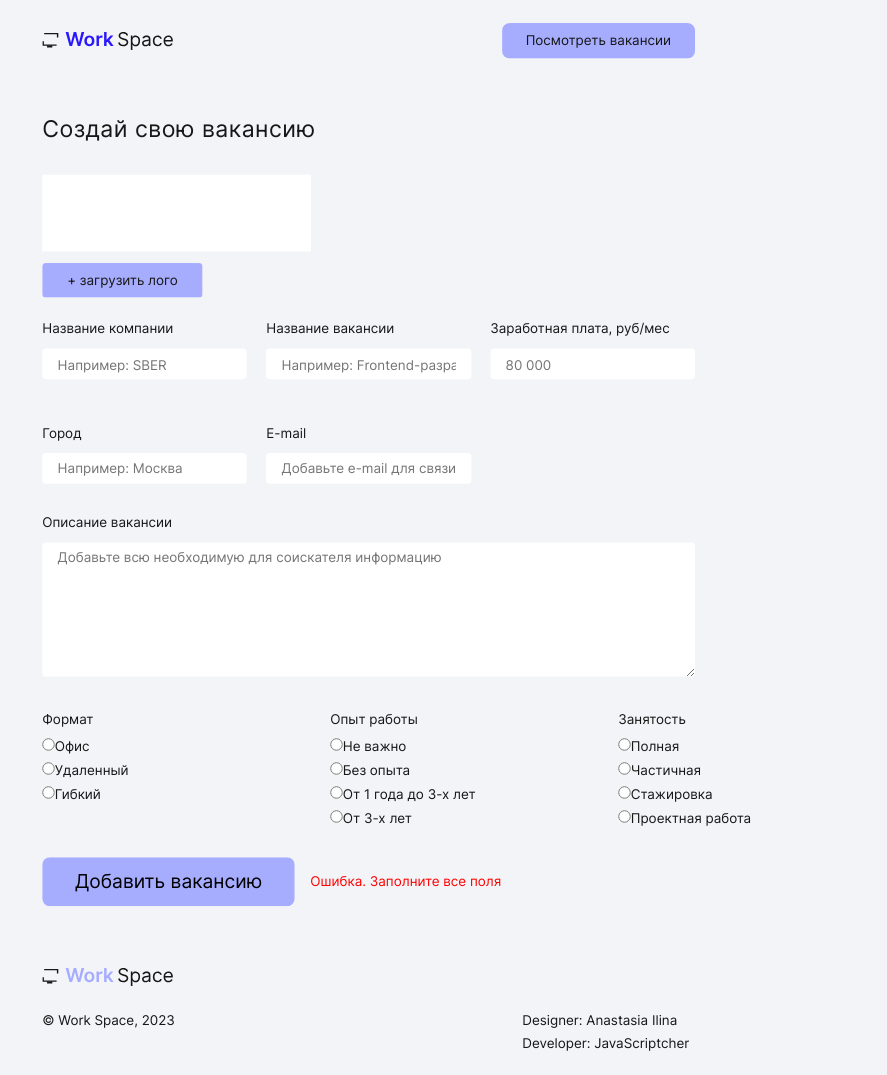
Repository: alexboagreek/workspace_js
Page: employer.html
The author's editor kept a copy of each file at every save. The page is drawn from the files as they stood at one save, then again after a run of saves.
The browser window is 768 px wide. The page is 924 px wide, so the pictures cover 924 px, including what lies to the right of the window. The pictures show the whole page, at 96% of full size.

Above is the page before, as saved 2023-09-13 15:38:19.
Console error: TypeError: Cannot read properties of null (reading 'addEventListener')

### employer.html
<!DOCTYPE html>
<html lang="ru">
  <head>
    <meta charset="UTF-8" />
    <meta name="viewport" content="width=device-width, initial-scale=1.0" />
    <title>Workspace - добавить вакансию</title>

    <link rel="stylesheet" href="index.css" />

    <script src="js/choices.min.js" defer></script>
    <script src="js/script.js" defer></script>
  </head>

  <body>
    <header class="header">
      <div class="container header__container">
        <a href="index.html">
          <img
            class="header__logo"
            src="img/logo.svg"
            alt="Логитип WorkSpace"
          />
        </a>

        <a class="header__link" href="index.html#vacancies"
          >Посмотреть вакансии</a
        >
      </div>
    </header>

    <main>
      <section class="employer">
        <div class="container">
          <h1 class="employer__title">Создай свою вакансию</h1>

          <form class="employer__form">
            <div class="employer__file file">
              <div class="file__wrap-preview">
                <img src="#" alt="" class="file__preview" />
              </div>

              <div class="file__wrap-btn">
                <label for="logo" class="file__label"> + загрузить лого </label>
                <input
                  name="logo"
                  type="file"
                  class="file__input"
                  id="logo"
                  accept="image/png, image/jpeg"
                  required
                />
              </div>
            </div>

            <fieldset class="employer__fieldset-input">
              <div class="employer__wrap-input">
                <label class="employer__label" for="company"
                  >Название компании
                </label>

                <input
                  type="text"
                  class="employer__input"
                  id="company"
                  name="company"
                  placeholder="Например: SBER"
                />
              </div>

              <fieldset class="employer__fieldset">
                <div class="employer__wrap-input">
                  <label class="employer__label" for="title"
                    >Название вакансии</label
                  >

                  <input
                    type="text"
                    class="employer__input"
                    id="title"
                    name="title"
                    placeholder="Например: Frontend-разработчик"
                  />
                </div>
              </fieldset>

              <fieldset class="employer__fildset">
                <div class="employer__wrap-input">
                  <label class="employer__label" for="salary"
                    >Заработная плата, руб/мес</label
                  >

                  <input
                    type="number"
                    class="employer__input"
                    id="salary"
                    name="salary"
                    placeholder="80 000"
                  />
                </div>
              </fieldset>

              <fieldset class="employer__fildset">
                <div class="employer__wrap-input">
                  <label class="employer__label" for="location">Город</label>

                  <input
                    type="text"
                    class="employer__input"
                    id="location"
                    name="location"
                    placeholder="Например: Москва"
                  />
                </div>
              </fieldset>

              <fieldset class="employer__fildset">
                <div class="employer__wrap-input">
                  <label class="employer__label" for="email">E-mail</label>

                  <input
                    type="email"
                    class="employer__input"
                    id="email"
                    name="email"
                    placeholder="Добавьте e-mail для связи"
                  />
                </div>
              </fieldset>
            </fieldset>



            <fieldset class="employer__fieldset-textarea">
              <label class="employer__label" for="description"
                >Описание вакансии</label
              >

              <textarea
                class="employer__textarea"
                name="description"
                id="description"
                placeholder="Добавьте всю необходимую для соискателя информацию"
              ></textarea>
            </fieldset>

            <div class="employer__radio-buttons">
              <fieldset class="employer__fieldset-radio">
                <legend class="employer__legend">Формат</legend>

                <label class="employer__label-radio radio">
                  <input
                    type="radio"
                    class="radio__input"
                    name="format"
                    value="Офис"
                  />Офис
                </label>

                <label class="employer__label-radio radio">
                  <input
                    type="radio"
                    class="radio__input"
                    name="format"
                    value="Удаленный"
                  />Удаленный
                </label>

                <label class="employer__label-radio radio">
                  <input
                    type="radio"
                    class="radio__input"
                    name="format"
                    value="Гибкий"
                  />Гибкий
                </label>
              </fieldset>

              <fieldset class="employer__fieldset-radio">
                <legend class="employer__legend">Опыт работы</legend>

                <label class="employer__label-radio radio">
                  <input
                    type="radio"
                    class="radio__input"
                    name="experience"
                    value="Не важно"
                  />Не важно
                </label>

                <label class="employer__label-radio radio">
                  <input
                    type="radio"
                    class="radio__input"
                    name="experience"
                    value="Без опыта"
                  />Без опыта
                </label>

                <label class="employer__label-radio radio">
                  <input
                    type="radio"
                    class="radio__input"
                    name="experience"
                    value="От 1 года до 3-х лет"
                  />От 1 года до 3-х лет
                </label>

                <label class="employer__label-radio radio">
                  <input
                    type="radio"
                    class="radio__input"
                    name="experience"
                    value="От 3-х лет"
                  />От 3-х лет
                </label>
              </fieldset>

              <fieldset class="employer__fieldset-radio">
                <legend class="employer__legend">Занятость</legend>

                <label class="employer__label-radio radio">
                  <input
                    type="radio"
                    class="radio__input"
                    name="type"
                    value="Полная"
                  />Полная
                </label>

                <label class="employer__label-radio radio">
                  <input
                    type="radio"
                    class="radio__input"
                    name="type"
                    value="Частичная"
                  />Частичная
                </label>

                <label class="employer__label-radio radio">
                  <input
                    type="radio"
                    class="radio__input"
                    name="type"
                    value="Стажировка"
                  />Стажировка
                </label>

                <label class="employer__label-radio radio">
                  <input
                    type="radio"
                    class="radio__input"
                    name="type"
                    value="Проектная работа"
                  />Проектная работа
                </label>
              </fieldset>
            </div>

            <div class="employer__wrap-submit">
              <button class="employer__submit" type="submit">
                Добавить вакансию
              </button>
              <div class="employer__error">Ошибка. Заполните все поля</div>
            </div>
          </form>
        </div>
      </section>
    </main>

    <footer class="footer">
      <div class="container footer__container">
        <img
          class="footer__logo"
          src="img/logo-footer.svg"
          alt="Логотип WorkSpace"
        />

        <p class="footer__copyright">© Work Space, 2023</p>

        <ul class="footer__contacts">
          <li class="footer__contact">
            Designer:
            <a class="footer__link" href="#">Anastasia Ilina</a>
          </li>
          <li class="footer__contact">
            Developer:
            <a class="footer__link" href="#">JavaScriptcher</a>
          </li>
        </ul>
      </div>
    </footer>
  </body>
</html>

### index.css
@import "style/normalize.css";
@import "style/choices.min.css";
@import "style/style.css";
@import "style/header.css";
@import "style/hero.css";
@import "style/vacancies.css";
@import "style/filter.css";
@import "style/choices.css";
@import "style/checkbox.css";
@import "style/cards.css";
@import "style/vacancy.css";
@import "style/footer.css";
@import "style/modal.css";
@import "style/detail.css";
@import "style/employer.css";
@import "style/file.css";
@import "style/radio.css";

### style/style.css
@font-face {
  font-family: Inter;
  font-weight: 400;
  src: url("../fonts/inter-regular.woff2") format("woff2"),
    url("../fonts/inter-regular.woff") format("woff");
}

html {
  scroll-behavior: smooth;
  position: relative;
  box-sizing: border-box;
}

*,
*:before,
*:after {
  box-sizing: inherit;
}

body {
  min-width: 320px;
  min-height: 100vh;
  font-family: Inter, sans-serif;
  font-size: 14px;
  color: #171717;
  background-color: #f3f4f8;
  line-height: 1.2;
}

img,
svg {
  max-width: 100%;
  max-height: 100%;
  height: auto;
}

button {
  padding: 0;
  border: 0;
  cursor: pointer;
  background-color: transparent;
}

a {
  text-decoration: none;
  color: inherit;
}

ul {
  padding: 0;
  margin: 0;
  list-style: none;
}

h1,
h2,
h3,
p {
  margin: 0;
}

fieldset {
  padding: 0;
  margin: 0;
  border: 0;
}

.visually-hidden {
  position: fixed;
  transform: scale(0);
}

.container {
  --width: 1180px;
  --padding: 30px;
  max-width: calc(var(--width) + var(--padding) * 2);
  margin: 0 auto;
  padding: 0 var(--padding);
}

.blue-text {
  color: #2a18ff;
}

@media (max-width: 1140px) {
  .container {
    --width: 880px;
  }
}

@media (max-width: 940px) {
  .container {
    --width: 680px;
  }
}

@media (max-width: 640px) {
  .container {
    --padding: 15px;
  }
}

### style/header.css
.header {
  padding: 40px 0;
}

.header__container {
  display: flex;
  align-items: center;
  justify-content: space-between;
}

.header__links {
  display: flex;
  gap: 8px;
  flex-wrap: wrap;
}

.header__link {
  padding: 12px 32px;
  border-radius: 8px;
  background-color: #a6adff;
  font-size: 20px;
  border: 2px solid transparent;
  transition-property: color, background-color;
  transition-duration: 0.2s;
  transition-timing-function: ease-in-out;
}

.header__link_o {
  background-color: transparent;
  border: 2px solid #A6ADFF;
}

.header__link:focus-visible {
  border-color: #4f58be;
}

.header__link:hover {
  color: #fff;
  background-color: #2a18ff;
}


@media (max-width: 1140px) {
  .header {
    padding: 32px 0 40px;
  }
}

@media (max-width: 940px) {
  .header {
    padding: 24px 0 30px;
  }

  .header__link {
    padding: 8px 23px;
    font-size: 14px;
  }
}

@media (max-width: 640px) {
  .header {
    padding: 24px 0 20px;
  }

  .header__link {
    display: none;
  }
}

### style/hero.css
.hero {
  padding: 60px 0 50px;
}

.hero__container {
  position: relative;
  padding-top: 57px;
  padding-bottom: 57px;
}

.hero__container:after {
  content: "";
  position: absolute;
  right: -9px;
  top: 0;
  bottom: 0;
  width: 421px;
  background: url("../img/laptop.png") no-repeat center/contain;
}

.hero__title {
  position: relative;
  z-index: 2;
  max-width: 780px;
  font-size: 90px;
  letter-spacing: 1.8px;
  text-transform: uppercase;
}

@media (max-width: 1140px) {
  .hero {
    padding: 40px 0;
  }

  .hero__container {
    padding-top: 53px;
    padding-bottom: 53px;
  }

  .hero__container:after {
    width: 340px;
  }

  .hero__title {
    max-width: 580px;
    font-size: 64px;
    letter-spacing: 1.28px;
  }
}

@media (max-width: 940px) {
  .hero {
    padding: 30px 0;
  }

  .hero__container {
    padding-top: 40px;
    padding-bottom: 40px;
  }

  .hero__container:after {
    width: 269px;
  }

  .hero__title {
    max-width: 450px;
    font-size: 52px;
    letter-spacing: 1.04px;
  }
}

@media (max-width: 640px) {
  .hero {
    padding-top: 20px;
    padding-bottom: 10px;
  }

  .hero__container {
    padding-top: 0;
    padding-bottom: 234px;
  }

  .hero__title {
    max-width: 290px;
    text-align: center;
    margin: 0 auto;
    font-size: 32px;
  }

  .hero__container:after {
    right: auto;
    top: auto;
    height: 269px;
    left: 50%;
    transform: translateX(-50%);
    background-position: bottom;
  }
}

### style/vacancies.css
.vacancies {
  padding: 50px 0;
}

.vacancies__container {
  display: flex;
  align-items: start;
  gap: 24px 20px;
}

.vacancies__filter-btn {
  display: none;
}

.vacancies__filter {
  flex: 0 0 280px;
}

.vacancies__cards {
  flex-basis: 100%;
}

@media (max-width: 1140px) {
  .vacancies {
    padding: 40px 0;
  }
}

@media (max-width: 940px) {
  .vacancies {
    padding: 30px 0;
  }

  .vacancies__container {
    flex-direction: column;
    row-gap: 0;
  }

  .vacancies__filter-btn {
    display: flex;
    align-items: center;
    margin-bottom: 24px;
    transition-property: margin-bottom, color;
    transition-duration: 0.2s, 0.3s;
    transition-timing-function: ease-in-out;
    transition-delay: 0.2s, 0s;
    color: #2a18ff;
    line-height: 20px;
  }

  .vacancies__filter-btn:hover:not(:focus) {
    color: #a6adff;
  }

  .vacancies__filter-btn-arrow {
    position: relative;
    top: -2px;
    display: block;
    width: 20px;
    height: 20px;
  }

  .vacancies__filter-btn_active {
    margin-bottom: 32px;
    transition-delay: 0s;
  }

  .vacancies__filter-btn_active .vacancies__filter-btn-arrow {
    transform: rotate(180deg);
    top: 2px;
  }

  .vacancies__filter {
    width: 100%;
    flex-basis: auto;
    height: 0;
    overflow: hidden;
    transition: height 0.4s ease-in-out;
  }

  .vacancies__filter_active {
    height: auto;
    margin-bottom: 40px;
  }

  .vacancies__cards {
    width: 100%;
  }
}

@media (max-width: 640px) {
  .vacancies__filter-btn_active {
    margin-bottom: 24px;
  }
}

### style/filter.css
.filter {
  position: relative;
}

.filter__reset {
  position: absolute;
  top: 7px;
  right: 0;
  color: #ccc;
}

.filter__title {
  font-size: 20px;
  font-weight: 400;
  margin-bottom: 32px;
}

.filter__form {
  display: flex;
  flex-direction: column;
  gap: 32px;
}

.filter__fieldset {
  display: flex;
  flex-direction: column;
  align-items: start;
}

.filter__legend {
  margin-bottom: 12px;
}

.filter__select {
  width: 100%;
}

.filter__range {
  display: flex;
  align-items: center;
  justify-content: space-between;
  gap: 10px;
}

.filter__label:not(:last-child) {
  margin-bottom: 8px;
}

.filter__input {
  flex: 1 1 50%;
  width: 100%;
  padding: 0 16px;
  height: 32px;
  border: 0;
}

.filter__input::placeholder {
  color: #ccc;
}

.filter__checkboxes {
  display: flex;
  flex-direction: column;
  gap: 32px;
}

.filter__button {
  padding: 8px 24px;
  border-radius: 4px;
  background-color: #a6adff;
  border: 2px solid transparent;
  transition-property: color, background-color;
  transition-duration: 0.2s;
  transition-timing-function: ease-in-out;
}

.filter__button:focus-visible {
  border-color: #4f58be;
}

.filter__button:hover {
  color: #fff;
  background-color: #2a18ff;
}

@media (max-width: 940px) {
  .filter__title {
    position: fixed;
    transform: scale(0);
  }

  .filter__input {
    max-width: 140px;
  }

  .filter__checkboxes {
    display: grid;
    grid-template-columns: repeat(auto-fit, minmax(180px, 1fr));
    gap: 24px 70px;
  }

  .filter__buttons {
    display: flex;
    gap: 16px;
    align-items: center;
  }

  .filter__reset {
    position: static;
  }
}

### style/choices.css
.choices {
  width: 100%;
}

.choices__inner {
  background-color: #fff;
  padding: 6px 16px;
  min-height: 32px;
  border: 0;
}

.choices__list--single {
  padding: 0;
}

.choices[data-type*="select-one"]::after {
  width: 20px;
  height: 20px;
  background: url("../img/arrow.svg") no-repeat center/contain;
  border: 0;
  top: 6px;
  right: 16px;
  margin-top: 0;
}

.choices[data-type*="select-one"].is-open::after {
  transform: rotate(180deg);
  margin-top: 0;
}

### style/checkbox.css
.checkbox {
  position: relative;
  display: block;
  line-height: 20px;
  padding-left: 28px;
}

.checkbox__input {
  -webkit-appearance: none;
  -moz-appearance: none;
  appearance: none;
  position: absolute;
  width: 20px;
  height: 20px;
  left: 0;
  top: 0;
  bottom: 0;
  background-color: #fff;
  border-radius: 4px;
}

.checkbox__input:after {
  content: "";
  position: absolute;
  inset: 0;
  display: block;
  background: url("../img/check.svg") no-repeat center;
  opacity: 0;
  transition: opacity 0.2s ease-in-out;
}

.checkbox__input:checked:after {
  opacity: 1;
}

.checkbox__input:focus-visible {
  outline: none;
  box-shadow: 0px 2px 10px rgba(0, 0, 0, 0.25);
}

.checkbox__input:hover:not(:disabled) {
  box-shadow: 0px 2px 10px rgba(166, 173, 255, 0.55);
}

.checkbox__input:disabled {
  background-color: #ccc;
}

### style/cards.css
.cards__list {
  display: grid;
  grid-template-columns: repeat(auto-fit, minmax(280px, 1fr));
  gap: 20px;
}

@media (max-width: 940px) {
  .cards__list {
    grid-template-columns: repeat(auto-fit, minmax(220px, 1fr));
    gap: 10px;
  }
}

### style/vacancy.css
.vacancy {
  border-radius: 16px;
  background-color: #fff;
  padding: 16px;
  height: 100%;
  cursor: pointer;
  outline: none;
  border: 2px solid transparent;
}

.vacancy:hover {
  background-color: #f9faff;
}

.vacancy:focus-visible {
  border-color: #a6adff;
}

.vacancy__img {
  max-height: 44px;
  margin-bottom: 12px;
  display: block;
}

.vacancy__company {
  font-size: 20px;
  margin-bottom: 8px;
}

.vacancy__title {
  display: inline-block;
  padding: 3px 5px;
  font-size: 14px;
  font-weight: 400;
  border-radius: 4px;
  background-color: #eaecff;
  margin-bottom: 8px;
}

.vacancy__field {
  color: #ccc;
}

### style/footer.css
.footer {
  padding: 50px 0 40px;
}

.footer__container {
  display: grid;
  gap: 27px;
  grid-template-areas:
    "logo ."
    "copyright contacts";
}

.footer__logo {
  grid-area: logo;
}

.footer__copyright {
  grid-area: copyright;
}

.footer__contacts {
  grid-area: contacts;
  justify-self: end;
  min-width: 180px;
}

.footer__contact {
  margin-bottom: 8px;
}

.footer__contact:last-child {
  margin-bottom: 0;
}

.footer__link:hover {
  color: brown;
}

@media (max-width: 1140px) {
  .footer {
    padding: 40px 0 32px;
  }
}

@media (max-width: 940px) {
  .footer {
    padding: 30px 0 24px;
  }
}

@media (max-width: 640px) {
  .footer {
    padding-top: 20px;
  }

  .footer__container {
    grid-template-areas:
      "logo"
      "copyright"
      "contacts";
  }

  .footer__contacts {
    justify-self: start;
  }
}

### style/modal.css
.modal {
  position: fixed;
  z-index: 10;
  inset: 0;
  background-color: rgba(0, 0, 0, 0.5);
  cursor: pointer;
  padding: 30px;
  overflow-y: auto;
  display: flex;
}

.modal__main {
  position: relative;
  margin: auto;
  cursor: default;
}

.modal__close {
  background-color: transparent;
  border: none;
  cursor: pointer;
  position: absolute;
  top: 12px;
  right: 12px;
  padding: 0;
  line-height: 0;
  outline: 1px solid transparent;
  border-radius: 3px;
}

.modal__close:focus-visible {
  outline-color: gray;
}

@media (max-width: 640px) {
  .modal {
    padding: 30px 15px;
  }
}

### style/employer.css
.employer {
  padding: 60px 0 50px;
}

.employer__title {
  font-size: 32px;
  font-weight: 400;
  letter-spacing: 0.64px;
  margin-bottom: 50px;
}

.employer__file {
  margin-bottom: 32px;
}

.employer__label {
  display: block;
  margin-bottom: 12px;
}

.employer__input {
  border-radius: 4px;
  padding: 0 16px;
  height: 32px;
  border: 0;
  width: 100%;
}

.employer__input:placeholder {
  color: #ccc;
}

.employer__fieldset-input {
  display: grid;
  grid-template-columns: repeat(3, 1fr);
  gap: 32px 20px;
  margin-bottom: 32px;
}

.employer__textarea {
  border-radius: 4px;
  min-height: 140px;
  width: 1181px;
  resize: vertical;
  border: none;
  padding: 7px 16px;
  margin-bottom: 32px;
}

.employer__radio-buttons {
  display: grid;
  grid-template-columns: repeat(3, 280px);
  gap: 20px;
  margin-bottom: 50px;
}

.employer__fieldset-radio {
  display: flex;
  flex-direction: column;
}

.employer__legend {
  margin-bottom: 12px;
}

.employer__label-radio {
  margin-bottom: 8px;
}

.employer__label-radio:last-child {
  margin-bottom: 0;
}

.employer__wrap-submit {
  display: flex;
  flex-wrap: wrap;
  align-items: center;
  gap: 16px;
}

.employer__submit {
  padding: 12px 32px;
  border-radius: 8px;
  background-color: #a6adff;
  font-size: 20px;
  border: 2px solid transparent;
  transition-property: color, background-color;
  transition-duration: 0.2s;
  transition-timing-function: ease-in-out;
}

.employer__submit:focus-visible {
  border-color: #4f58be;
}

.employer__submit:hover {
  color: #fff;
  background-color: #2a18ff;
}

.employer__error {
  color: #f00;
}

@media (max-width: 1140px) {
  .employer {
    padding-top: 40px;
    padding-bottom: 40px;
  }

  .employer__title {
    letter-spacing: 0.64px;
    margin-bottom: 40px;
  }

  .employer__file {
    margin-bottom: 24px;
  }

  .employer__fieldset {
    margin-bottom: 24px;
  }

  .employer__fieldset-input {
    row-gap: 24px;
  }

  .employer__textarea {
    width: 100%;
  }

  .employer__radio-buttons {
    margin-bottom: 40px;
  }
}

@media (max-width: 940px) {
  .employer {
    padding: 30px 0;
  }

  .employer__title {
    font-size: 24px;
    letter-spacing: 0.48px;
    margin-bottom: 32px;
  }

  .employer__radio-buttons {
    margin-bottom: 32px;
  }

  .employer__fieldset-input {
    gr
  }
}

### style/file.css
.file {
  position: relative;
  display: flex;
  flex-direction: column;
  align-items: start;
}

.file__wrap-preview {
  background-color: #fff;
  min-width: 280px;
  height: 80px;
  margin-bottom: 12px;
}

.file__wrap-preview_active {
  min-width: auto;
}

.file__preview {
}

.file__wrap-btn {
  position: relative;
}

.file__label {
  display: inline-block;
  padding: 8px 24px;
  border-radius: 4px;
  background-color: #a6adff;
  cursor: pointer;
  transition: all 0.4s ease-in-out;
  border: 2px solid transparent;
}


.file__label:focus-visible {
  border-color: #4f58be;
}

.file__label:hover {
  color: #fff;
  background-color: #2a18ff;
}

.file__input {
  opacity: 0;
  position: absolute;
  width: 1px;
  height: 1px;
  top: 50%;
  left: 50%;
}

.file__wrap-btn:focus-within .file__label {
  border-color: #4f58be;
}

### style/radio.css
.radio {
}
.radio__input {
}

Loaded but not shown: js/choices.min.js (library); style/normalize.css (library); style/choices.min.css (library); js/script.js (300 lines, source omitted); style/detail.css (115 lines, source omitted)

After the next 2 saves:
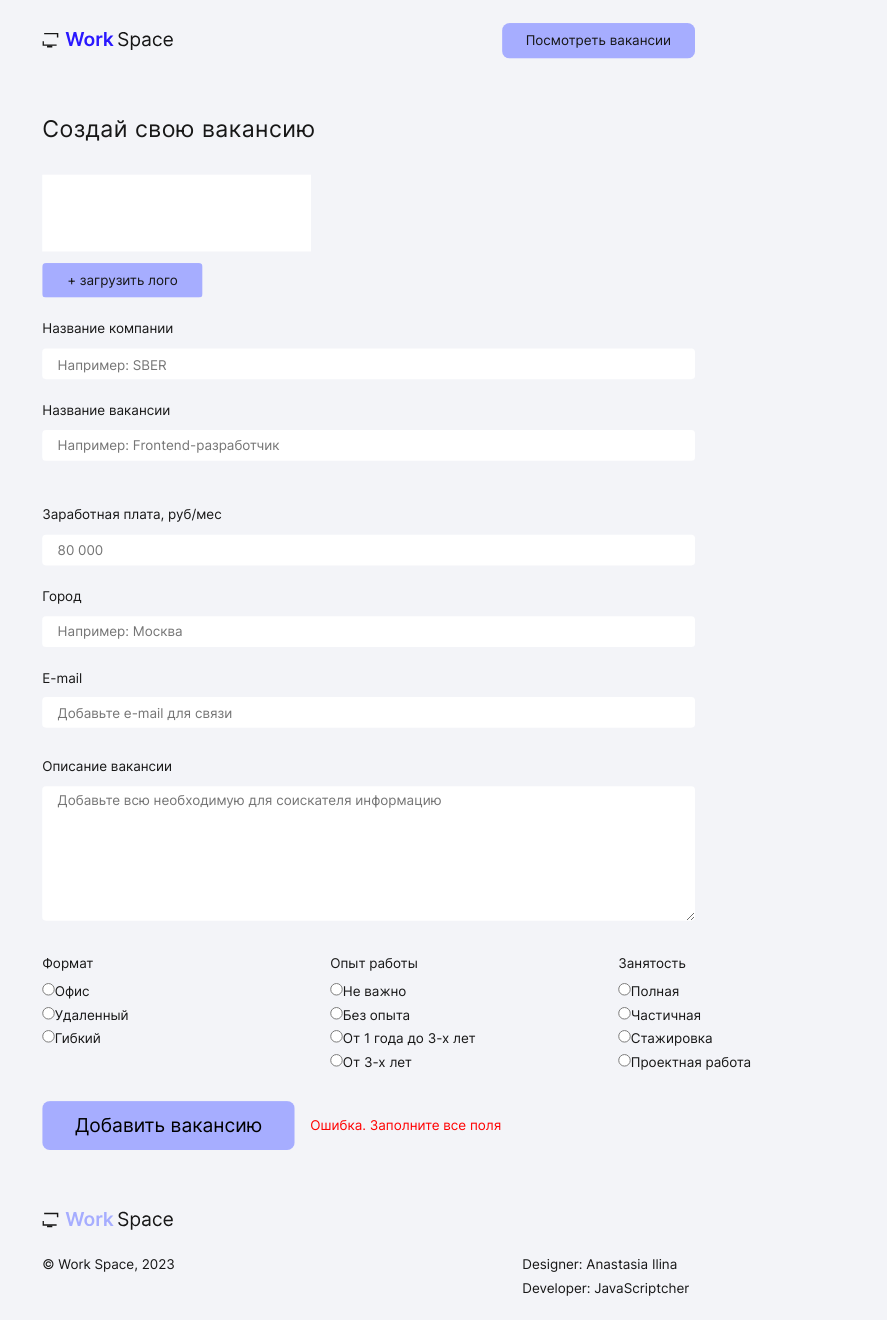
The 2 saves are shown as one change because they came seconds apart.
The last was saved 10 s later.
--- a/style/employer.css
+++ b/style/employer.css
@@ -150,6 +150,6 @@
   }
 
   .employer__fieldset-input {
-    gr
+    grid-template-columns: repeat(1,1fr);
   }
 }
